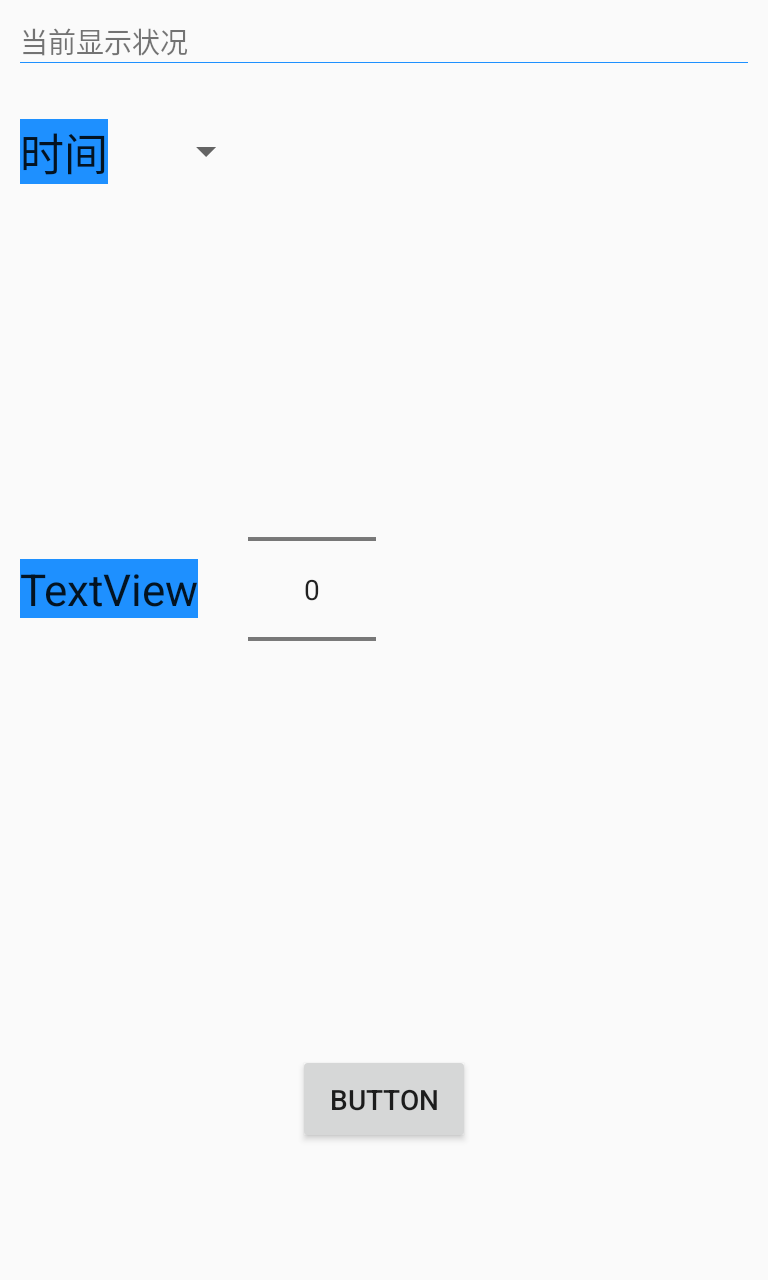
Repository: mimimy/MassagePro
Layout: BLE-Version/MassageTool/res/layout/base_pager.xml
These files come from the project's save history. The layout is drawn as it stood at one moment and after the next save; the edit follows.
It is drawn on a 768 x 1280 px phone screen (xhdpi) without system bars, with theme AppTheme; the app's code is not run.

Above is the layout before, as saved 2018-07-29 01:24:37.

After the next save:
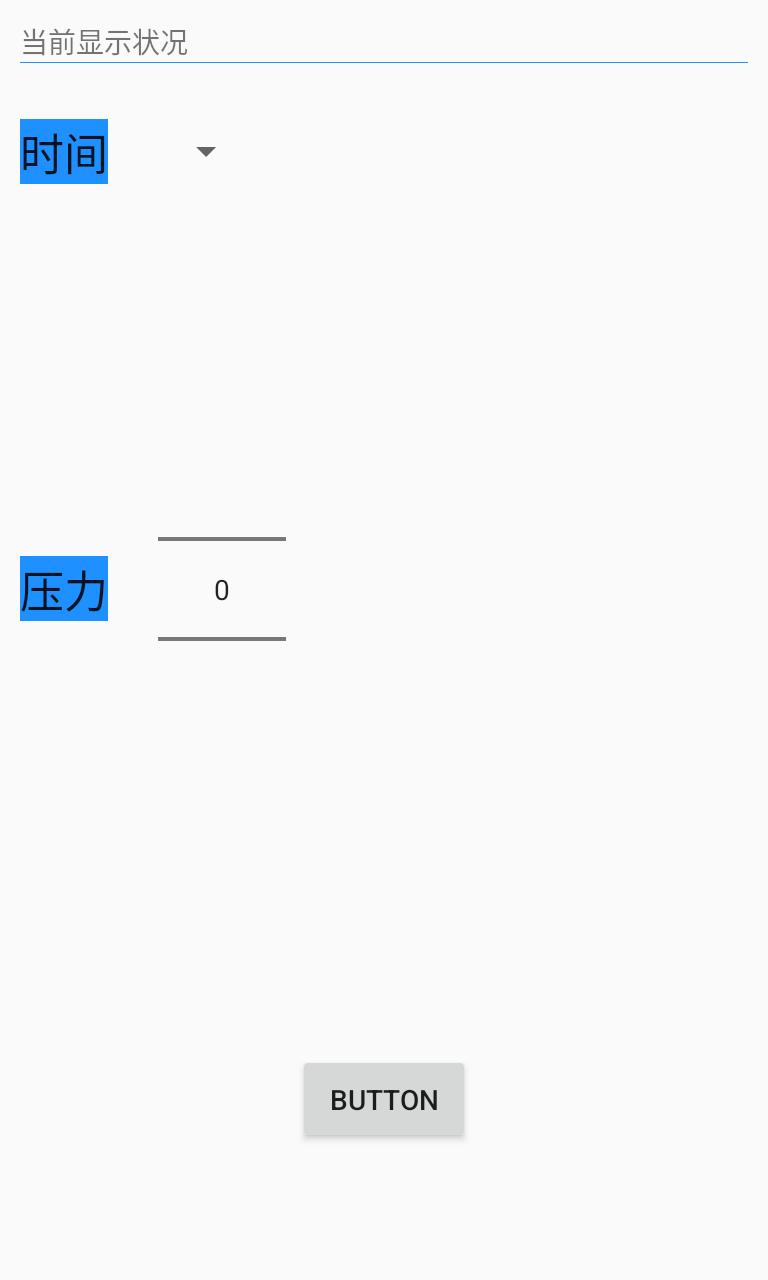
Saved 5 s later.
--- a/BLE-Version/MassageTool/res/layout/base_pager.xml
+++ b/BLE-Version/MassageTool/res/layout/base_pager.xml
@@ -52,7 +52,7 @@
             android:layout_width="wrap_content"
             android:layout_height="wrap_content"
             android:textAppearance="?android:attr/textAppearanceLarge"
-            android:text="TextView" />
+            android:text="压力" />
 
         <NumberPicker
             android:id="@+id/numberPicker1"
